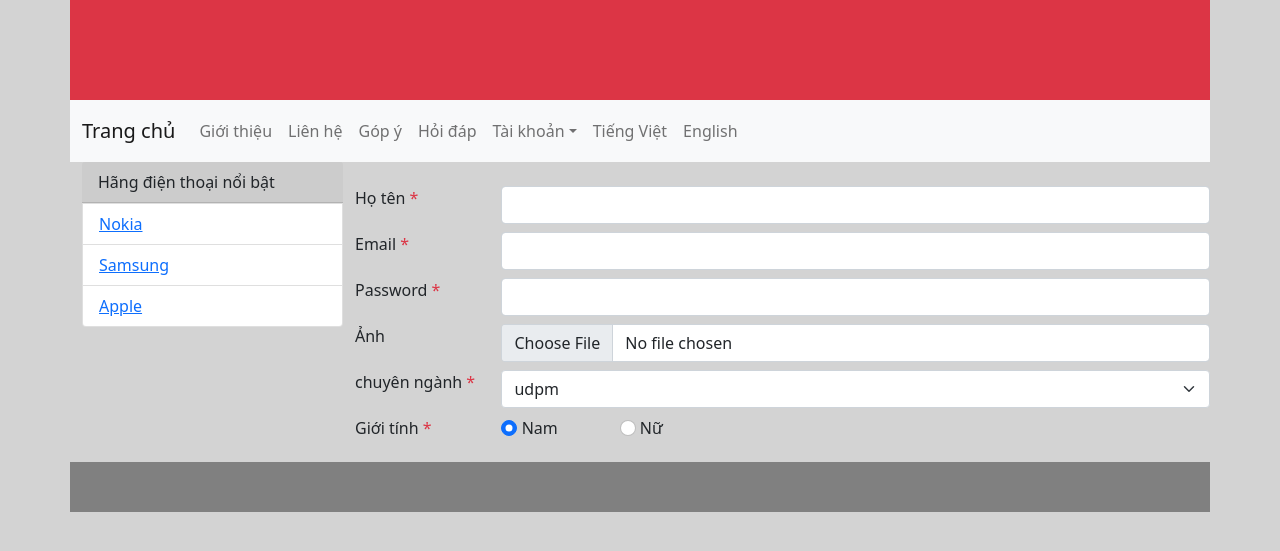
Repository: minhtu5502/fontendFamework
Page: day1 copy/demotab.html
The author's editor kept a copy of each file at every save. The page is drawn from the files as they stood at one save, then again after the next save.
The browser window is 1280 px wide. The pictures show the whole page.

Above is the page before, as saved 2022-01-11 14:29:24.

After the next save:
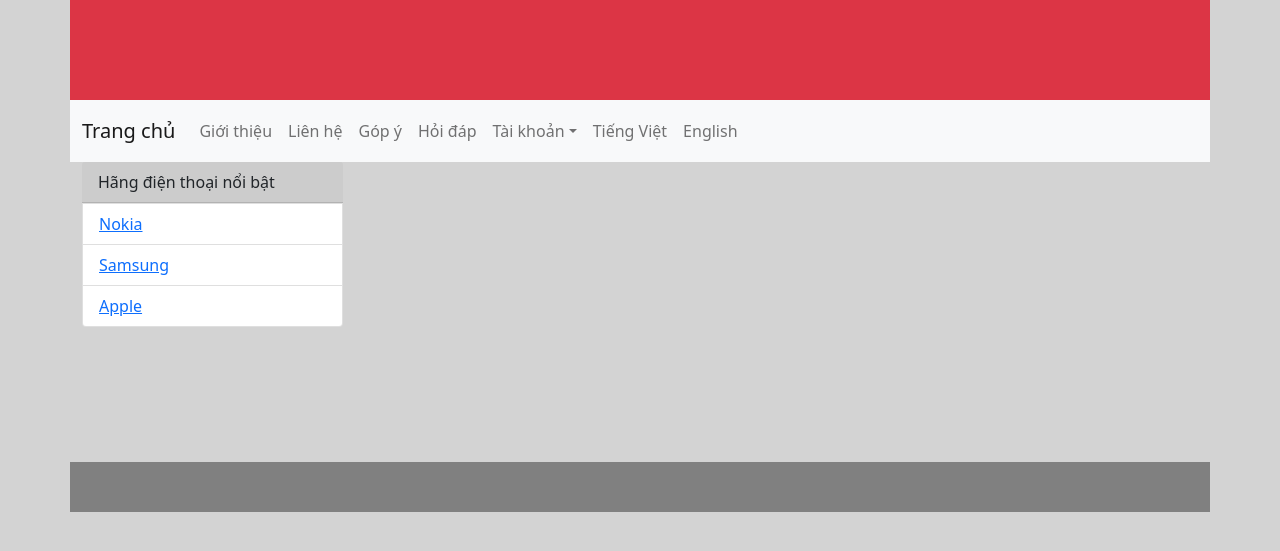
Saved 10 s later.
--- a/day1 copy/demotab.html
+++ b/day1 copy/demotab.html
@@ -87,56 +87,7 @@
                 </ul>
             </aside>
             <article class="col-12 col-md-9 p-0 pt-3">
-                <div class="container p-0">
-                    <form action="" class="">
-                        <div class="mt-2 row">
-                            <label for="" class="col-2">Họ tên <span class="text-danger">*</span></label>
-                            <div class="col-10"><input type="text" name="full_name" class="form-control" /></div>
 
-                        </div>
-                        <div class="mt-2 row">
-                            <label for="" class="col-2">Email <span class="text-danger">*</span></label>
-                            <div class="col-10"><input type="email" name="email" class="form-control" /></div>
-
-                        </div>
-                        <div class="mt-2 row">
-                            <label for="" class="col-2">Password <span class="text-danger">*</span></label>
-                            <div class="col-10"><input type="password" name="password" class="form-control" /></div>
-
-                        </div>
-                        <div class="mt-2 row">
-                            <label for="" class="col-2">Ảnh</label>
-                            <div class="col-10"><input type="file" name="avatar" class="form-control" /></div>
-
-                        </div>
-                        <div class="mt-2 row">
-                            <label for="" class="col-2">chuyên ngành <span class="text-danger">*</span></label>
-                            <div class="col-10">
-                                <select name="" id="" class="form-select">
-                                    <option value="udpm">udpm</option>
-                                    <option value="tktw">tktw</option>
-                                    <option value="ltmt">ltmt</option>
-                                </select>
-                            </div>
-
-                        </div>
-                        <div class="mt-2 row">
-                            <label for="" class="col-2">Giới tính <span class="text-danger">*</span></label>
-                            <div class="col-10 row">
-                                <div class="col-2">
-                                    <input type="radio" name="gioitinh" id="gioitinhNam" value="Nam" class="form-check-input" checked />
-                                    <label for="">Nam</label>
-                                </div>
-                                <div class="col-2">
-                                    <input type="radio" name="gioitinh" id="gioitinhNu" value="Nữ" class="form-check-input" />
-                                    <label for="">Nữ</label>
-                                </div>
-
-                            </div>
-
-                        </div>
-                    </form>
-                </div>
             </article>
         </div>
         <footer class="row"></footer>
